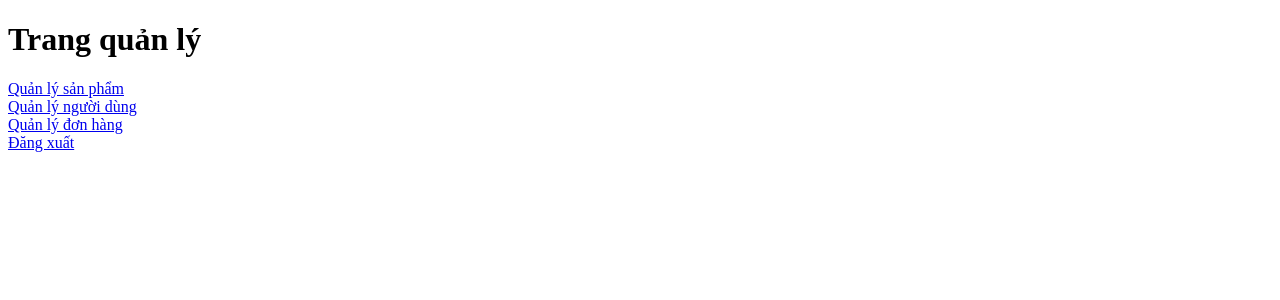
Repository: HoangChuong-Jin/QL-CuaHang-MayTinh
Page: http://localhost/MAYTINH/WEB-INF/view/admin/home.jsp
These files come from the project's save history. The page is drawn as it stood at one moment and after the next save; the edit follows.
The browser window is 1280 px wide. The pictures show the whole page.
The page is served by Tomcat 9. Nobody is signed in. The template is opened directly, without the code that normally fills it, so the values that code supplies are empty.

Above is the page before, as saved 2022-01-05 06:21:41.

After the next save:
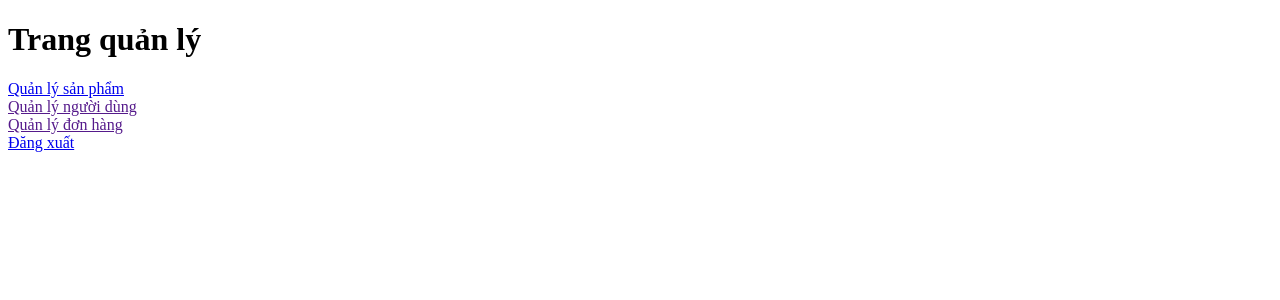
Saved 17 s later.
--- a/MAYTINH/src/main/webapp/WEB-INF/view/admin/home.jsp
+++ b/MAYTINH/src/main/webapp/WEB-INF/view/admin/home.jsp
@@ -9,8 +9,8 @@
 <body>
 <h1> Trang quản lý</h1>
 <a href="listSanPhamAction">Quản lý sản phẩm</a><br/>
-<a href="qlnguoidung">Quản lý người dùng</a><br/>
-<a href="qldatmon">Quản lý đơn hàng</a><br/>
+<a href="">Quản lý người dùng</a><br/>
+<a href="">Quản lý đơn hàng</a><br/>
 <a href="logOut">Đăng xuất</a><br/>
 </body>
 </html>

After the save that followed:
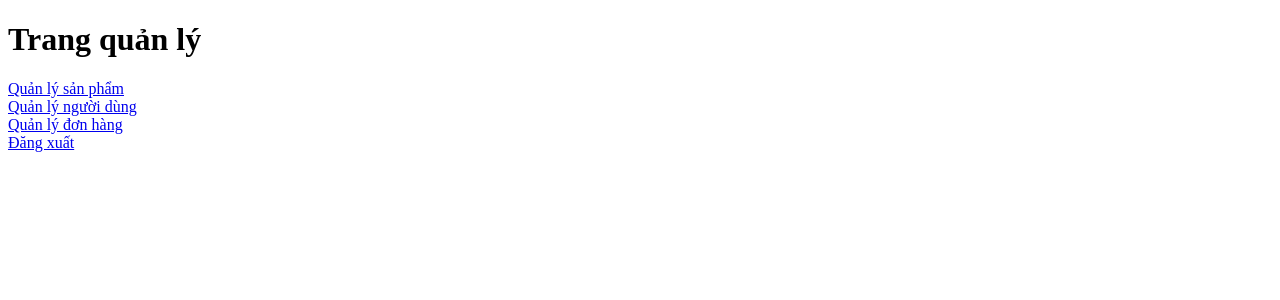
Saved 11 s later.
--- a/MAYTINH/src/main/webapp/WEB-INF/view/admin/home.jsp
+++ b/MAYTINH/src/main/webapp/WEB-INF/view/admin/home.jsp
@@ -9,8 +9,8 @@
 <body>
 <h1> Trang quản lý</h1>
 <a href="listSanPhamAction">Quản lý sản phẩm</a><br/>
-<a href="">Quản lý người dùng</a><br/>
-<a href="">Quản lý đơn hàng</a><br/>
+<a href="qlnguoidung">Quản lý người dùng</a><br/>
+<a href="qldonhang">Quản lý đơn hàng</a><br/>
 <a href="logOut">Đăng xuất</a><br/>
 </body>
 </html>
